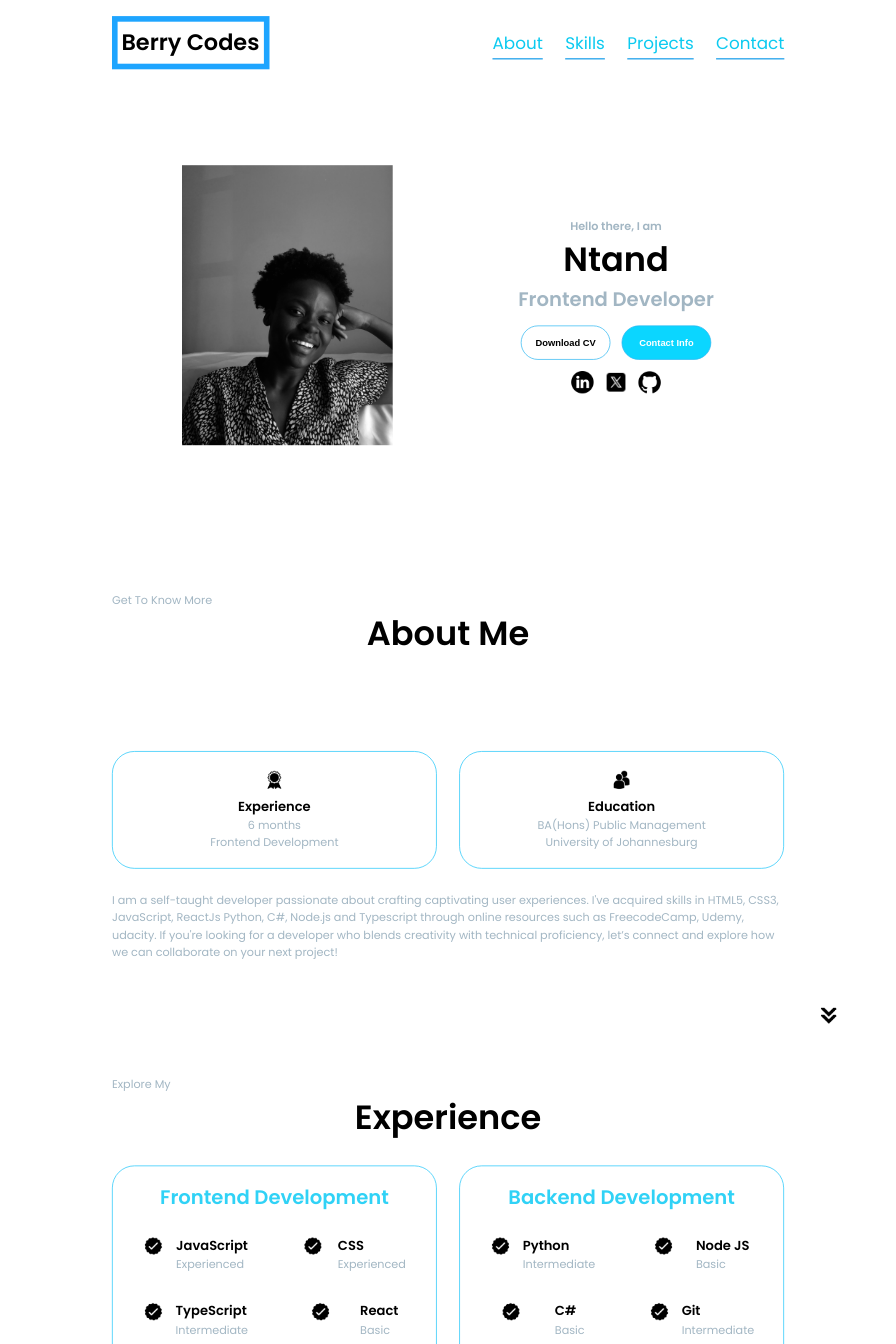
Repository: ntandomagana/FS-Dev-Portfolio
Page: index.html
An editor plug-in stored every save of this project. The page is shown before and after the next save, followed by the edit.
The browser window is 1280 px wide. The pictures show the part of the page from y = 0 to 1920 px (the page is 3177 px tall), at 70% of full size.

Above is the page before, as saved 2024-05-04 23:04:35.

### index.html
<!DOCTYPE html>
<html lang="en">
  <head>
    <meta charset="UTF-8" />
    <meta http-equiv="X-UA-Compatible" content="IE=edge" />
    <meta name="viewport" content="width=device-width, initial-scale=1.0" />
    <title>My Portfolio</title>
    <link rel="stylesheet" href="style.css" />
    <link rel="stylesheet" href="mediaqueries.css" />
  </head>
  <body>
    <nav id="desktop-nav">
      <div class="logo">Berry Codes</div>
      <div>
        <ul class="nav-links">
          <li><a href="#about">About</a></li>
          <li><a href="#experience">Skills</a></li>
          <li><a href="#projects">Projects</a></li>
          <li><a href="#contact">Contact</a></li>
        </ul>
      </div>
    </nav>
    <nav id="hamburger-nav">
      <div class="logo">Coding Berry</div>
      <div class="hamburger-menu">
        <div class="hamburger-icon" onclick="toggleMenu()">
          <span></span>
          <span></span>
          <span></span>
        </div>
        <div class="menu-links">
          <li><a href="#about" onclick="toggleMenu()">About</a></li>
          <li><a href="#experience" onclick="toggleMenu()">Skills</a></li>
          <li><a href="#projects" onclick="toggleMenu()">Projects</a></li>
          <li><a href="#contact" onclick="toggleMenu()">Contact</a></li>
        </div>
      </div>
    </nav>
    <section id="profile">
      <div class="section-pic-container">
        <img src="./assets/bwpp.jpg" alt="profile picture" />
      </div>
      <div class="section-text">
        <p class="section-text-p1">Hello there, I am</p>

        <h1 class="title"><span id="typed-text"></span></h1>

        <p class="section-text-p2">Frontend Developer</p>
        <div class="btn-container">
          <button
            class="btn btn-color-2"
            onclick="window.open('./assets/NP Magana - Web Developer.pdf')"
          >
            Download CV
          </button>
          <button class="btn btn-color-1" onclick="location.href='./#contact'">
            Contact Info
          </button>
        </div>
        <div id="socials-container">
          <img
            src="./assets/linkedin.png"
            alt="My LinkedIn profile"
            class="icon"
            onclick="location.href='https://www.linkedin.com/in/ntandoyenkosi-magana-/'"
          />

          <img
            src="./assets/icons8-twitterx-50.png"
            alt="My Github profile"
            class="icon"
            onclick="location.href='https://twitter.com/Sir_M_Charles'"
          />
          <img
            src="./assets/github.png"
            alt="My Github profile"
            class="icon"
            onclick="location.href='https://github.com/ntandomagana'"
          />
        </div>
      </div>
    </section>
    <section id="about">
      <p class="section__text__p1">Get To Know More</p>
      <h1 class="title">About Me</h1>
      <div class="section-container">
        <div class="about-details-container">
          <div class="about-containers">
            <div class="details-container">
              <img
                src="./assets/experience.png"
                alt="Experience icon"
                class="icon"
              />
              <h3>Experience</h3>
              <p>6 months <br />Frontend Development</p>
            </div>
            <div class="details-container">
              <img
                src="./assets/education.png"
                alt="Education icon"
                class="icon"
              />
              <h3>Education</h3>
              <p>BA(Hons) Public Management <br />University of Johannesburg</p>
            </div>
          </div>
          <div class="text-container">
            <p>
              I am a self-taught developer passionate about crafting captivating
              user experiences. I've acquired skills in HTML5, CSS3, JavaScript,
              ReactJs Python, C#, Node.js and Typescript through online
              resources such as FreecodeCamp, Udemy, udacity. If you're looking
              for a developer who blends creativity with technical proficiency,
              let’s connect and explore how we can collaborate on your next
              project!
            </p>
          </div>
        </div>
      </div>
      <img
        src="./assets/arrow.png"
        alt="Arrow icon"
        class="icon arrow"
        onclick="location.href='./#experience'"
      />
    </section>
    <section id="experience">
      <p class="section__text__p1">Explore My</p>
      <h1 class="title">Experience</h1>
      <div class="experience-details-container">
        <div class="about-containers">
          <div class="details-container">
            <h2 class="experience-sub-title">Frontend Development</h2>
            <div class="article-container">
              <article>
                <img
                  src="./assets/checkmark.png"
                  alt="Experience icon"
                  class="icon"
                />
                <div>
                  <h3>JavaScript</h3>
                  <p>Experienced</p>
                </div>
              </article>
              <article>
                <img
                  src="./assets/checkmark.png"
                  alt="Experience icon"
                  class="icon"
                />
                <div>
                  <h3>CSS</h3>
                  <p>Experienced</p>
                </div>
              </article>
              <article>
                <img
                  src="./assets/checkmark.png"
                  alt="Experience icon"
                  class="icon"
                />
                <div>
                  <h3>TypeScript</h3>
                  <p>Intermediate</p>
                </div>
              </article>
              <article>
                <img
                  src="./assets/checkmark.png"
                  alt="Experience icon"
                  class="icon"
                />
                <div>
                  <h3>React</h3>
                  <p>Basic</p>
                </div>
              </article>
              <article></article>
            </div>
          </div>
          <div class="details-container">
            <h2 class="experience-sub-title">Backend Development</h2>
            <div class="article-container">
              <article>
                <img
                  src="./assets/checkmark.png"
                  alt="Experience icon"
                  class="icon"
                />
                <div>
                  <h3>Python</h3>
                  <p>Intermediate</p>
                </div>
              </article>
              <article>
                <img
                  src="./assets/checkmark.png"
                  alt="Experience icon"
                  class="icon"
                />
                <div>
                  <h3>Node JS</h3>
                  <p>Basic</p>
                </div>
              </article>
              <article>
                <img
                  src="./assets/checkmark.png"
                  alt="Experience icon"
                  class="icon"
                />
                <div>
                  <h3>C#</h3>
                  <p>Basic</p>
                </div>
              </article>
              <article>
                <img
                  src="./assets/checkmark.png"
                  alt="Experience icon"
                  class="icon"
                />
                <div>
                  <h3>Git</h3>
                  <p>Intermediate</p>
                </div>
              </article>
            </div>
          </div>
        </div>
      </div>
      <img
        src="./assets/arrow.png"
        alt="Arrow icon"
        class="icon arrow"
        onclick="location.href='./#projects'"
      />
    </section>
    <section id="projects">
      <p class="section__text__p1">View My Recent</p>
      <h1 class="title">Projects</h1>
      <div class="experience-details-container">
        <div class="about-containers">
          <div class="details-container color-container">
            <div class="article-container">
              <img
                src="./assets/coming soon.jpg"
                alt="Project 1"
                class="project-img"
              />
            </div>
            <h2 class="experience-sub-title project-title">Project One</h2>
            <div class="btn-container">
              <button
                class="btn btn-color-2 project-btn"
                onclick="location.href='https://github.com/'"
              >
                Github
              </button>
            </div>
          </div>
          <div class="details-container color-container">
            <div class="article-container">
              <img
                src="./assets/coming soon.jpg"
                alt="Project 2"
                class="project-img"
              />
            </div>
            <h2 class="experience-sub-title project-title">Project Two</h2>
            <div class="btn-container">
              <button
                class="btn btn-color-2 project-btn"
                onclick="location.href='https://github.com/'"
              >
                Github
              </button>
            </div>
          </div>
          <div class="details-container color-container">
            <div class="article-container">
              <img
                src="./assets/coming soon.jpg"
                alt="Project 3"
                class="project-img"
              />
            </div>
            <h2 class="experience-sub-title project-title">Project Three</h2>
            <div class="btn-container">
              <button
                class="btn btn-color-2 project-btn"
                onclick="location.href='https://github.com/'"
              >
                Github
              </button>
            </div>
          </div>
        </div>
      </div>
      <img
        src="./assets/arrow.png"
        alt="Arrow icon"
        class="icon arrow"
        onclick="location.href='./#contact'"
      />
    </section>
    <section id="contact">
      <p class="section__text__p1">Get in Touch</p>
      <h1 class="title">Contact Me</h1>
      <div class="contact-info-upper-container">
        <div class="contact-info-container">
          <img
            src="./assets/email.png"
            alt="Email icon"
            class="icon contact-icon email-icon"
          />
          <p>
            <a href="mailto:ntandomagana@gmail.com">ntandomagana@gmail.com</a>
          </p>
        </div>
        <div class="contact-info-container">
          <img
            src="./assets/linkedin.png"
            alt="LinkedIn icon"
            class="icon contact-icon"
          />
          <p><a href="https://www.linkedin.com">LinkedIn</a></p>
        </div>
      </div>
    </section>
    <footer>
      <nav>
        <div class="nav-links-container">
          <ul class="nav-links">
            <li><a href="#about">About</a></li>
            <li><a href="#experience">Skills</a></li>
            <li><a href="#projects">Projects</a></li>
            <li><a href="#contact">Contact</a></li>
          </ul>
        </div>
      </nav>
      <p>Copyright &#169; 2023 Ntando Magana. All Rights Reserved.</p>
    </footer>
    <script src="script.js"></script>
  </body>
</html>

### style.css
@import url("https://fonts.googleapis.com/css2?family=Poppins:wght@300;400;500;600&display=swap");

* {
  margin: 0;
  padding: 0;
}

body {
  font-family: "Poppins", sans-serif;
}

html {
  scroll-behavior: smooth;
}

p {
  color: #a2b6c3;
}

section {
  margin-bottom: 2px;
}

a,
.btn {
  transition: all 300ms ease;
}

nav,
.nav-links {
  display: flex;
}

nav {
  justify-content: space-around;
  align-items: center;
  height: 17vh;
}

.nav-links {
  gap: 2rem;
  list-style-type: none;
  font-size: 1.5rem;
}

a {
  color: rgb(11, 202, 240);
  text-decoration: underline;
  text-underline-offset: 0.8rem;
  text-decoration-color: rgb(51, 169, 237);
}

.logo {
  font-size: 2rem;
}

.logo:hover {
  cursor: default;
}

#hamburger-nav {
  display: none;
}

.hamburger-menu {
  position: relative;
  display: inline-block;
}

.hamburger-icon {
  display: flex;
  flex-direction: column;
  justify-content: space-between;
  height: 24px;
  width: 30px;
  cursor: pointer;
}



.hamburger-icon span {
  width: 100%;
  height: 2px;
  background-color: rgb(9, 255, 255);
  transition: all 0.3 ease-in-out;
}

.menu-links {
  position: absolute;
  top: 100%;
  right: 0;
  background-color: white;
  width: fit-content;
  max-height: 0;
  overflow: hidden;
  transition: all 0.3 ease-in-out;
}

.menu-links a {
  display: block;
  padding: 10px;
  text-align: center;
  font-size: 1.5rem;
  color: rgb(15, 224, 231);
  text-decoration: none;
  transition: all 0.3 ease-in-out;
}

.menu-links li {
  list-style-type: none;
}

.menu-links.open {
  max-height: 300px;
}

.hamburger-icon.open span:first-child {
  transform: rotate(45deg) translate(10px, 5px);
}

.hamburger-icon.open span:nth-child(2) {
  opacity: 0;
}

.hamburger-icon.open span:last-child {
  transform: rotate(-45deg) translate(10px, -5px);
}

.hamburger-icon span:first-child {
  transform: none;
}

.hamburger-icon span:first-child {
  opacity: 1;
}

.hamburger-icon span:first-child {
  transform: none;
}

section {
  padding-top: 4vh;
  height: 96vh;
  margin: 0 10rem;
  box-sizing: border-box;
  min-height: fit-content;
}

.section-container {
  display: flex;
}

#profile {
  display: flex;
  justify-content: center;
  gap: 5rem;
  height: 80vh;
}

.section-pic-container {
  display: flex;
  height: 400px;
  width: 400px;
  margin: auto 0;
}

.section-text {
  align-self: center;
  text-align: center;
}

.section-text p {
  font-weight: 600;
}

.section-text-p1 {
  text-align: center;
}

.section-text-p2 {
  font-size: 1.75rem;
  margin-bottom: 1rem;
}

.title {
  font-size: 3rem;
  text-align: center;
}

#socials-container {
  display: flex;
  justify-content: center;
  margin-top: 1rem;
  gap: 1rem;
}

.icon {
  cursor: pointer;
  height: 2rem;
}

/* BUTTONS */

.btn-container {
  display: flex;
  justify-content: center;
  gap: 1rem;
}

.btn {
  font-weight: 600;
  transition: all 300ms ease;
  padding: 1rem;
  width: 8rem;
  border-radius: 2rem;
}

.btn-color-1,
.btn-color-2 {
  border: rgb(43, 182, 241) 0.1rem solid;
}

.btn-color-1:hover,
.btn-color-2:hover {
  cursor: pointer;
}

.btn-color-1,
.btn-color-2:hover {
  background: rgb(11, 214, 255);
  color: white;
}

.btn-color-1:hover {
  background: rgb(83, 215, 232);
}

.btn-color-2 {
  background: none;
}

.btn-color-2:hover {
  border: rgb(26, 210, 243) 0.2rem solid;
}

.btn-container {
  gap: 1rem;
}

/* ABOUT SECTION */

#about {
  position: relative;
}

.about-containers {
  gap: 2rem;
  margin-bottom: 2rem;
  margin-top: 2rem;
}

.about-details-container {
  justify-content: center;
  flex-direction: column;
}

.about-containers,
.about-details-container {
  display: flex;
}

.arrow {
  position: absolute;
  right: -5rem;
  bottom: 2.5rem;
}

.details-container {
  padding: 1.5rem;
  flex: 1;
  background: white;
  border-radius: 2rem;
  border: rgb(34, 174, 239) 0.1rem solid;
  border-color: rgb(28, 197, 249);
  text-align: center;
}

.section-container {
  gap: 4rem;
  height: 80%;
}

.section__pic-container {
  height: 400px;
  width: 400px;
  margin: auto 0;
}

/* EXPERIENCE SECTION */

#experience {
  position: relative;
}

.experience-sub-title {
  color: rgb(48, 210, 246);
  font-weight: 600;
  font-size: 1.75rem;
  margin-bottom: 2rem;
}

.experience-details-container {
  display: flex;
  justify-content: center;
  flex-direction: column;
}

.article-container {
  display: flex;
  text-align: initial;
  flex-wrap: wrap;
  flex-direction: row;
  gap: 2.5rem;
  justify-content: space-around;
}

article {
  display: flex;
  width: 10rem;
  justify-content: space-around;
  gap: 0.5rem;
}

article .icon {
  cursor: default;
}

/* PROJECTS SECTION */

#projects {
  position: relative;
}

.color-container {
  border-color: rgb(21, 220, 255);
  background: rgb(250, 250, 250);
}

.project-img {
  border-radius: 2rem;
  width: 90%;
  height: 90%;
}

.project-title {
  margin: 1rem;
  color: #00bbf0;
}

.project-btn {
  color: #00bbf0;
  border-color: rgb(18, 217, 252);
}

/* CONTACT */

#contact {
  display: flex;
  justify-content: center;
  flex-direction: column;
  height: 70vh;
}

.contact-info-upper-container {
  display: flex;
  justify-content: center;
  border-radius: 2rem;
  border: rgb(16, 220, 242) 0.1rem solid;
  border-color: rgb(19, 211, 250);
  background: (250, 250, 250);
  margin: 2rem auto;
  padding: 0.5rem;
}

.contact-info-container {
  display: flex;
  align-items: center;
  justify-content: center;
  gap: 0.5rem;
  margin: 1rem;
}

.contact-info-container p {
  font-size: larger;
}

.contact-icon {
  cursor: default;
}

.email-icon {
  height: 2.5rem;
}

footer {
  height: 26vh;
  margin: 0 1rem;
}

footer p {
  text-align: center;
}

/* Add this CSS to your existing style.css or create a new style tag in the head of your HTML */

/* Bold, underline, and bubble effect for the logo */
.logo {
  font-weight: bold;
  text-decoration: wavy;
  display: inline-block;
  position: relative;
  border: 8px solid #1ea5ff; /* Adjust the border thickness and color as needed */
  padding: 6px; /* Adjust the padding as needed */
}

.logo::after {
  content: "";
  position: absolute;
  width: 100%;
  height: 0;
  bottom: 0;
  left: 0;
  opacity: 0;
  border-bottom: 2px solid #fff;
  animation: bubble 0.5s infinite ease-in-out;
}

@keyframes bubble {
  0% {
    height: 0;
    opacity: 0;
  }
  50% {
    height: 100%;
    opacity: 1;
  }
  100% {
    height: 0;
    opacity: 0;
  }
}

### mediaqueries.css
@media screen and (max-width: 1400px) {
  #profile {
    height: 83vh;
    margin-bottom: 6rem;
  }
  .about-containers {
    flex-wrap: wrap;
  }
  #contact,
  #projects {
    height: fit-content;
  }
}

@media screen and (max-width: 1200px) {
  #desktop-nav {
    display: none;
  }
  #hamburger-nav {
    display: flex;
  }
  #experience,
  .experience-details-container {
    margin-top: 2rem;
  }
  #profile,
  .section-container {
    display: block;
  }
  .arrow {
    display: none;
  }
  section,
  .section-container {
    height: fit-content;
  }
  section {
    margin: 0 5%;
  }
  .section__pic-container {
    width: 275px;
    height: 275px;
    margin: 0 auto 2rem;
  }
  .about-containers {
    margin-top: 0;
  }
}

@media screen and (max-width: 600px) {
  #contact,
  footer {
    height: 40vh;
  }
  #profile {
    height: 83vh;
    margin-bottom: 0;
  }
  article {
    font-size: 1rem;
  }
  footer nav {
    height: fit-content;
    margin-bottom: 2rem;
  }
  .about-containers,
  .contact-info-upper-container,
  .btn-container {
    flex-wrap: wrap;
  }
  .contact-info-container {
    margin: 0;
  }
  .contact-info-container p,
  .nav-links li a {
    font-size: 1rem;
  }
  .experience-sub-title {
    font-size: 1.25rem;
  }
  .logo {
    font-size: 1.5rem;
  }
  .nav-links {
    flex-direction: column;
    gap: 0.5rem;
    text-align: center;
  }
  .section__pic-container {
    width: auto;
    height: 46vw;
    justify-content: center;
  }
  .section__text__p2 {
    font-size: 1.25rem;
  }
  .title {
    font-size: 2rem;
  }
  .text-container {
    text-align: justify;
  }
}

### script.js
function toggleMenu() {
  const menu = document.querySelector(".menu-links");
  const icon = document.querySelector(".hamburger-icon");
  menu.classList.toggle("open");
  icon.classList.toggle("open");
}

//Javascript for looped typing effect
const typedText = document.getElementById("typed-text");
const textToType = 'Ntando Magana';

function typeText() {
  let index = 0;

  function type() {
    if (index < textToType.length) {
      typedText.innerHTML += textToType.charAt(index);
      index++;
      setTimeout(type, 200); // typing speed in milliseconds
    } else {
      setTimeout(erase, 300); // wait before erasing
    }
  }

  function erase() {
    if (typedText.innerHTML.length > 0) {
      typedText.innerHTML = typedText.innerHTML.slice(0, -1);
      setTimeout(erase, 300); //erasing speed in ms
    } else {
      index = 0; //Reset index for next typing cycle
      setTimeout(type, 200); // wait before typing again
    }
  }

  type(); // start typing
}

window.onload = typeText;

After the next save:
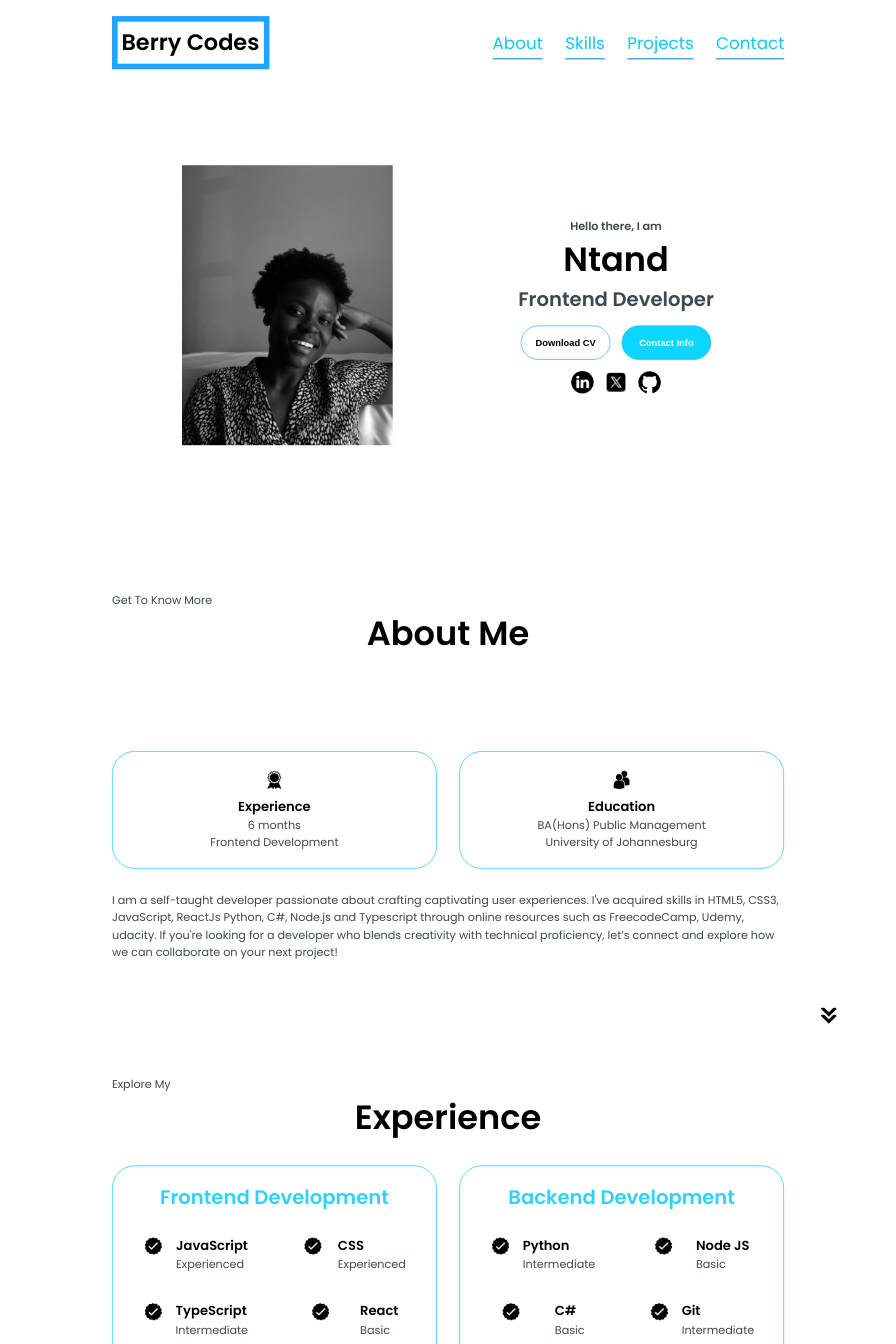
Saved 5 s later.
--- a/style.css
+++ b/style.css
@@ -14,7 +14,7 @@ html {
 }
 
 p {
-  color: #a2b6c3;
+  color: #3d484f;
 }
 
 section {
